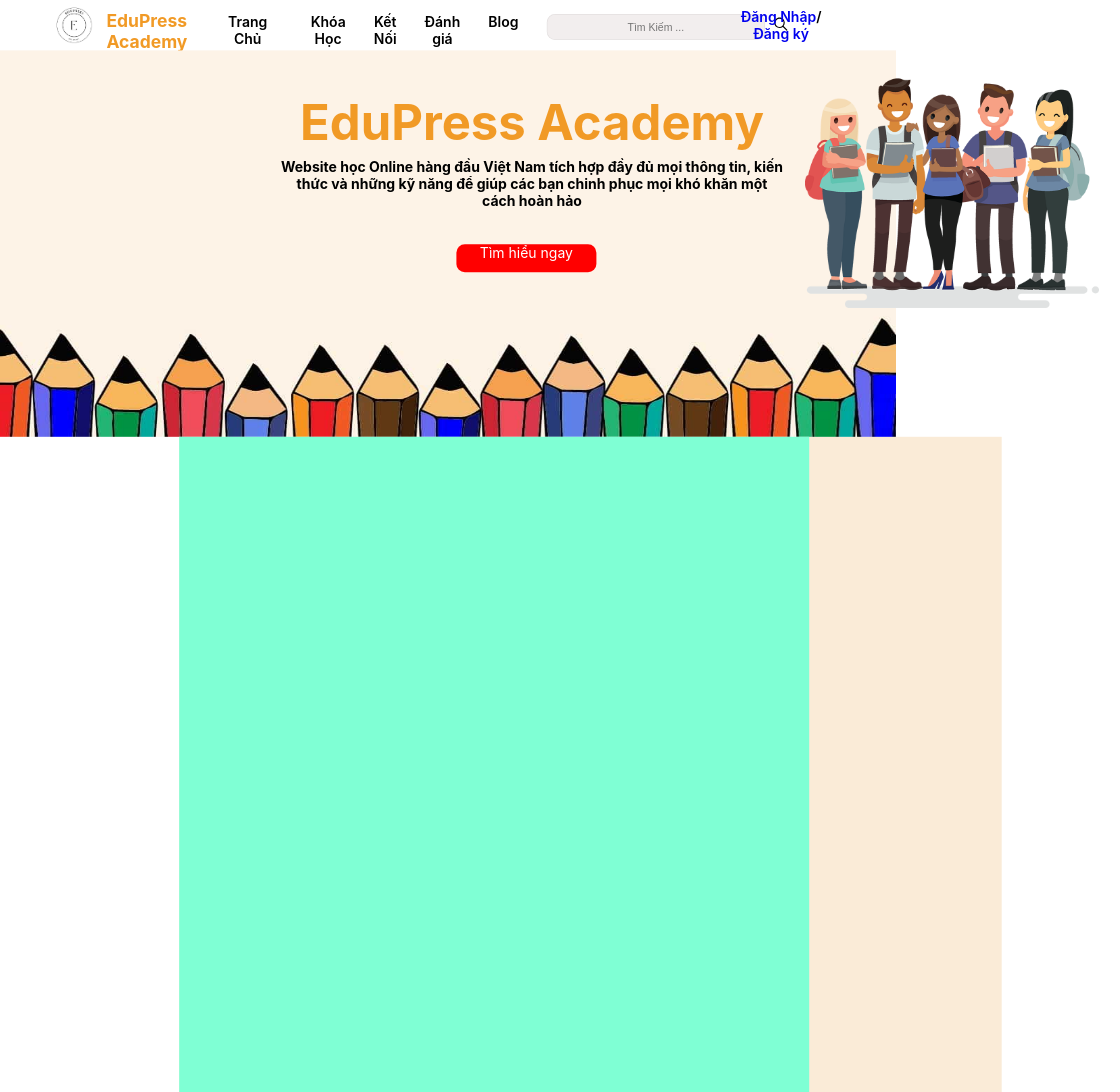
Repository: hieu1802/WebsiteEdupress
Page: /CouresPage (app in my-app/)
The author's editor kept a copy of each file at every save. The page is drawn from the files as they stood at one save, then again after the next save.
The browser window is 1280 px wide. The page is 1600 px wide, so the pictures cover 1600 px, including what lies to the right of the window. The pictures show the part of the page from y = 0 to 1560 px (the page is 2404 px tall), at 70% of full size.
The project was rebuilt for these pictures with package versions that can differ from the ones it lists, and the page was loaded fresh each time. Also part of the build but not shown: my-app/src/App.css, my-app/src/Components/data/FeaturedCoursesDaa.jsx, my-app/src/Components/data/topCategories.jsx, my-app/src/Components/HomePage/ContainerPage.jsx, my-app/src/Components/HomePage/HomePage.jsx, my-app/src/Components/Login/Login.css, my-app/src/Components/Modal/Modal.css, my-app/src/Components/Modal/Modal.jsx and 5 more.

Above is the page before, as saved 2024-08-15 17:53:49.

### my-app/src/App.jsx
import logo from "./logo.svg";
import "./App.css";
import HomePage from "./Components/HomePage/HomePage.jsx";
import { BrowserRouter as Router, Routes, Route } from "react-router-dom";
import Login from "./Components/Login/Login";
import Register from "./Components/Register/Register";
import LostPass from "./Components/LostPass/LostPass";
import CouresPage from "./Components/CouresPage/CouresPage.jsx";

function App() {
  return (
    <>
      <Router>
        <Routes>
          <Route path="/" element={<HomePage />} />
          <Route path="/login" element={<Login />} />
          <Route path="/register" element={<Register />} />
          <Route path="/lostPass" element={<LostPass />} />
          <Route path="/CouresPage" element={<CouresPage />} />
        </Routes>
      </Router>
    </>
  );
}

export default App;

### my-app/src/Components/CouresPage/CouresPage.jsx
import React from 'react'
import Header from '../HomePage/Header'
import Footer from '../HomePage/Footer'
import Container from './Container'

function CouresPage() {
  return (
   <>
      <Header/>
      <Container/>
      <Footer/>
   </>


  )
}

export default CouresPage

### my-app/src/Components/HomePage/Header.jsx
import React from "react";
import img01 from "../img/EduPress.png";
import img02 from "../img/img02.jpg";
import img03 from "../img/img03.png";
import "./HomePage.css";
import { IoIosSearch } from "react-icons/io";
import { Link, useNavigate } from "react-router-dom";
import { useState, useEffect } from "react";

function Header() {
  const [loggedInUser, setLoggedInUser] = useState(null);
  const navigate = useNavigate();

  useEffect(() => {
    const storedUser = localStorage.getItem("loggedInUser");
    if (storedUser) {
      const user = JSON.parse(storedUser);
      setLoggedInUser(user.username);
    }
  }, []);

  const handleLogout = () => {
    localStorage.removeItem("username");
    localStorage.removeItem("loggedInUser");
    setLoggedInUser(null);
    navigate("/");
  };

  return (
    <>
      <div className="Header">
        <div className="logoHeader">
          <img src={img01} />
          <h3>EduPress Academy</h3>
        </div>
        <ul>
          <Link to="/" className="liLink"><li>Trang Chủ</li></Link>
          <li>Khóa Học</li>
          <li>Kết Nối</li>
          <li>Đánh giá</li>
          <li>Blog</li>
          <div className="ulInput">
            <input placeholder="Tìm Kiếm ..." />
            <div className="btnHeader">
              <IoIosSearch className="btnIcon" />
            </div>
          </div>
        </ul>
        <div className="loginHeader">
          {loggedInUser ? (
            <div>
              <span>Hello {loggedInUser}</span>
              <button
                className="btnLogOut"
                onClick={handleLogout}
                style={{
                  marginLeft: "10px",
                  border: "1px solid transparent",
                  fontSize: "16px",
                  fontWeight: "600",
                  backgroundColor: "transparent",
                  cursor: "pointer",
                }}
              >
                Logout
              </button>
            </div>
          ) : (
            <div>
              <Link to="/login">
                <span>Đăng Nhập</span>
              </Link>
              /
              <Link to="/register">
                <span>Đăng ký</span>
              </Link>
            </div>
          )}
        </div>
      </div>
      <div className="posterHeader">
        <img src={img02} />
        <div className="posterContent">
          <div className="posterSologun">
            <h1>EduPress Academy</h1>
            <h2>
              Website học Online hàng đầu Việt Nam tích hợp đầy đủ mọi thông
              tin, kiến thức và những kỹ năng để giúp các bạn chinh phục mọi khó
              khăn một cách hoàn hảo
            </h2>
            <div className="btnPoster">Tìm hiểu ngay </div>
          </div>
          <div className="posterAvatar">
            <img src={img03} />
          </div>
        </div>
      </div>
    </>
  );
}

export default Header;

### my-app/src/Components/HomePage/Footer.jsx
import React from 'react'
import { AiFillStar,AiFillCaretRight } from "react-icons/ai";

function Footer() {
  return (
    <div className='footerPage'>
        <div className='footerContaier'>
            <div className='footerEdupress'>
                <h2>Edupress Academy</h2>
                <p>Lorem ipsum dolor sit amet, consectetur adipiscing elit, sed do eiusmod tempor incididunt ut labore et dolore magna aliqua.</p>
            </div>
            <div className='footerHelp'>
                <h2>GET HELP</h2>
                <a href='#'><AiFillCaretRight  style={{color:'FF782D', marginRight:'10px'}}/>Contact Us</a>
                <a href='#'><AiFillCaretRight  style={{color:'FF782D', marginRight:'10px'}}/>Latest Articles</a>
                <a href='#'><AiFillCaretRight  style={{color:'FF782D', marginRight:'10px'}}/>FAQ </a>
            </div>
            <div className='footerPrograms'>
                <h2>PROGRAMS</h2>
                <a href='#'><AiFillCaretRight  style={{color:'FF782D', marginRight:'10px'}}/> Art & Design</a>
                <a href='#'><AiFillCaretRight  style={{color:'FF782D', marginRight:'10px'}}/> Business</a>
                <a href='#'><AiFillCaretRight  style={{color:'FF782D', marginRight:'10px'}}/> IT & Software </a>
                <a href='#'><AiFillCaretRight  style={{color:'FF782D', marginRight:'10px'}}/> Languages </a>
                <a href='#'><AiFillCaretRight  style={{color:'FF782D', marginRight:'10px'}}/> Programming </a>
            </div>
            <div className='footerContact'>
                <h2>CONTACT US</h2>
                <p>Address: 2321 New Design Str, Lorem Ipsum10 Hudson Yards, USA</p>
                <p>Tel: + (123) 2500-567-8988<br/>
                Mail: supportlms@gmail.com</p>
                <span><AiFillStar/><AiFillStar/><AiFillStar/><AiFillStar/><AiFillStar/></span>
            </div>
        </div>
    </div>
  )
}

export default Footer

### my-app/src/Components/CouresPage/Container.jsx
import React from 'react'
import './Container.css'

function Container() {
  return (
    <div className='container'>
       <div className='boxProduct'>

       </div>
    </div>
  )
}

export default Container

### my-app/src/Components/HomePage/HomePage.css
*{
    margin: 0;
    padding: 0;
    list-style: none;
    text-decoration: none;
    user-select: none;
}

.Header{
    width: 100%;
    height: 72px;
    display: flex;
    justify-content: space-between;

}

.logoHeader{
    width: 25%;
    height: 100%;
    display: flex;
    gap: 10px;
    margin-left: 70px;
}


h3{
    font-size: 25px;
    margin-top: 15px;
    color: rgba(241, 152, 34, 0.979);
}

.Header > ul{

    display: flex;
    width:60%;
}

.Header > ul > li,
.liLink > li{
    width: 100px;
    text-align: center;
    padding: 20px;
    font-size: 20px;
    font-weight: 600;
    cursor: pointer;
    color: #000;
}

.Header > ul > li:hover,
.liLink > li:hover{
    background-color: rgba(246, 243, 238, 0.633);
    color: rgba(241, 152, 34, 0.979);
}

.ulInput{
    width: 400px ;
    padding: 20px;
    display: flex;
}

.ulInput > input{
    margin-right:10px;
    text-align: center;
    font-size: 15px;
    width: 400px;
    height: 35px;
    border: 1px solid #00000010;
    background-color: rgba(240, 234, 234, 0.815);
    border-radius: 12px;
}

.btnHeader{
    width: 100px;
    margin: auto;
    cursor: pointer;
}
.btnIcon{
    font-size: 25px;
}
.loginHeader{
    display: flex;
    width: 15%;
    height: 72px;
    margin-right: 100px;
    cursor: pointer;
}

.loginHeader > div{
   margin: auto;
   font-size: 20px;
   font-weight: 600;
   text-align: center;
}

.loginHeader > div > span{
    margin: 10px;
}

.loginHeader > div > span:hover {
    color: rgba(241, 152, 34, 0.979);
}

.posterHeader{
    width: 100%;
    height: 552px;
    background-color: black;
    display: flex;
}

.posterHeader > img{
    width: 100%;
}

.posterContent{
    position: absolute;
    display: flex;
    margin-left: 400px;
    margin-top: 10px;
    width: 1200px;
    height: 400px;

    z-index: 999;
}

.posterSologun{
    width: 60%;
}

.posterSologun > h1{
    font-size: 70px;
    text-align: center;
    color: rgba(241, 152, 34, 0.979);
    margin-top: 50px;
    margin-bottom: 10px;
}

.posterSologun > h2{
    font-size: 20px;
    text-align: center;
}

.btnPoster{
    width: 200px;
    height: 40px;
    background-color: red;
    font-size: 20px;
    color: #fff;
    text-align: center;
    border-radius: 12px;
    cursor: pointer;
    gap: 10px;
    margin-top: 50px;
    margin-left: 35%;
}

.posterAvatar{
    width: 35%;
    margin-left: 30px;

}

.posterAvatar > img{
    width: 100%;
    margin-top: 30px;
}

/************************ContainerPage**************************/

.ContainerPage{
    position: relative;
    width: 1200px;
    height: 100%;

    margin-left: 20%;
}

.categories{
    width: 100%;
    height: 640px;
    background-color: #fff;
    margin-top: 50px;
}

.textCategories{
    width: 100%;
    height: 77px;
    background-color: #fff;
    display: flex;
    justify-content: space-between;
}
.topCategories>h3{
    color: black;
    font-size: 30px;
    margin-bottom: 5px;
    margin-top: 0px;
    font-weight: 500;
}


.btnCategories{
    width: 150px;
    height: 40px;
    border: 1px solid #000000;
    border-radius: 12px;
    margin-top: 15px;
    margin-right: 20px;
    cursor: pointer;
    padding-top: 5px;
}

.btnCategories:hover{
    background-color: rgba(244, 25, 25, 0.757);
    color: #fff;
}

.btnCategories > p{
    text-align: center;
    margin-top: 5px;
    font-weight: 600;
}

.boxCategories{
    width: 100%;
    height: 100%;
    display: grid;
    grid-template-columns: 1fr 1fr 1fr 1fr 1fr;
    margin-top: 30px;
}

.miniBox{
    width: 200px;
    height: 200px;
    border: 1px solid #e9c47b98;
    border-radius: 20px;
    display: flex;
    align-items: center;
    flex-direction: column;
    justify-content: center;
    margin-left: 20px;
    cursor: pointer;
}

.miniBox:hover{
    background-color: rgba(239, 193, 167, 0.726);
    color: #fff;
}

.iconBox{
    font-size: 60px;
    margin-bottom: 20px;
    color: rgba(241, 152, 34, 0.979);
}

.miniBox > h4{
    font-size: 25px;
    margin-bottom: 20px;
}

.miniBox > h5{
    font-size: 20px;
    font-weight: 100;
}

.courses{
    width: 1200px;
    height: 100%;
    margin-top: 30px;
}

.boxCourses{
    width: 1200px;
    height: 1100px;
    display: grid;
    grid-template-columns: 1fr 1fr 1fr;
    margin-top: 30px;
    margin-left: 10px;
}
.boxFeaturedCourses{
    width: 360px;
    height: 470px;
    border: 2px solid #0000001a ;
    border-radius: 24px 24px 0 0;
    cursor: pointer;
    transition: transform 0.3s ease, box-shadow 0.3s ease;
    overflow: hidden;
    box-shadow: 0 4px 8px rgba(0, 0, 0, 0.1);
}

.boxFeaturedCourses:hover{
    transform: translateY(-10px);
    box-shadow: 0 12px 24px rgba(0, 0, 0, 0.2);
}

.boxFeaturedCoursesImg{
    width: 100%;
    height: 250px;
    gap: 16px;
    transition: transform 0.3s ease;
    display: block;
}

.boxFeaturedCourses:hover>.boxFeaturedCoursesImg> img {
    transform: scale(1.05);
  }
.boxFeaturedCoursesImg > img{
    width: 100%;
    height: 100%;
    border-radius: 24px 24px 0 0;
}

.boxFeaturedCoursesContent{
    width: 360px;
    height: 180px;
    padding: 20px;
}

.boxFeaturedCoursesContentText{
    width: 300px;
    height: 100px;
    background-color: #fff;
}

.boxFeaturedCoursesContentText > p >span{
    font-family: exo;
    font-size: 20px;
    font-weight: 500;
}

.boxFeaturedCoursesContentText > h4{
    font-family: exo;
    font-size: 24px;
    font-weight: 600;
    margin-top: 10px;
}

.boxFeaturedCoursesContentMeta{
    width: 200px;
    height: 24px;
    display: flex;
    background-color: #fff;
    margin-top: 16px;
    margin-bottom: 16px;
    justify-content: space-between;
}

.boxFeaturedCoursesContentMeta > span{
    display: flex;
    font-size: 16px;
}

.boxFeaturedCoursesContentPrice{
    width: 300px;
    height: 28px;
    background-color: #fff;
    display: flex;
    justify-content: space-between;
    font-size: 16px;
}

.price{
    display: flex;
}

.price > p{
    text-decoration: line-through;
    color: var(--Grey, #9D9D9D);
    font-weight: 700;
    margin-right: 10px;
}

.price > span{
    color: green;
    font-weight: 700;
}

.banner{
    width: 1200px;
    height: 320px;
    border-radius: 12px;
    position: relative;
    display: flex;
    margin-top: 30px;
}

.bannerContent{
    width: 450px;
    height: 240px;
    gap: 24px;
    position: absolute;
    margin-top: 54px;
    margin-left: 50px;
    display: flex;
    flex-direction: column;
    justify-content: space-around;
}

.bannerContent > h5{
    font-family: Exo;
    font-size: 16px;
    font-weight: 600;
    line-height: 19.2px;
    text-align: left;
}

.bannerContent > h2{
    font-family: Exo;
    font-size: 32px;
    font-weight: 600;
    line-height: 38.4px;
    text-align: left;
}

.bannerContent > p{
    font-family: Jost;
    font-size: 18px;
    font-weight: 400;
    line-height: 27px;
    text-align: left;
}

.btnBanner{
    width: 177px;
    height: 36px;
    border-radius: 24px;
    text-align: center;
    padding-top: 12px;
    background: var(--Primary, #FF782D);
    font-size: 18px;
    color: #fff;
    cursor: pointer;
}


.counterBox{
    width: 1175px;
    height: 150px;
    margin-top: 30px;
    display: flex;
    justify-content: space-between;
}

.counterBoxContent{
    width: 250px;
    height: 100%;
    background: var(--White_grey, #F5F5F5);
    display: flex;
    flex-direction: column;
    justify-content: center;
    border-radius: 12px;
    align-items: center;
}

.counterBoxContent > h2{
    font-family: Exo;
    font-size: 56px;
    font-weight: 600;
    line-height: 38.4px;
    text-align: left;
    color: var(--Primary, #FF782D);
}

.counterBoxContent > a{
    font-family: Jost;
    font-size: 20px;
    font-weight: 500;
    line-height: 27px;
    text-align: left;
    text-decoration: none;
    color: #000000;
    margin-top: 16px;
}

.boxConnect{
    width: 1175px;
    height: 450px;
    margin-top: 30px;
    display: flex;
}

.boxConnectImg{
    width: 56%;
    height: 100%;
}

.boxConnectContent{
    width: 520px;
    height: 380px;
    border: 2px solid #0000001a ;
    margin-top: 35px ;
    border-radius: 24px;
}

.boxConnectText{
    width: 100%;
    height: 80px;
}

.boxConnectText > h2{
    font-family: Exo;
    font-size: 32px;
    font-weight: 600;
    line-height: 38.4px;
    text-align: left;
    text-align: center;
    padding-top: 20px;
}

.boxConnectContainer{
    width: 100%;
    height: 300px;
}

.introduce{
    width: 100%;
    height: 60px;
    padding-left: 15px;
}

.introduce > p{
    font-family: Jost;
    font-size: 18px;
    font-weight: 400;
    line-height: 27px;
    text-align: left;

}

.connect{
    width: 100%;
    height: 240px;
    font-size: 18px;
    display: flex;
    flex-direction: column;
    justify-content: space-around;
}

.connect > span > a{
    font-size: 18px;
    color: blue;
}
.connectIcons{
    color: green;
    font-size: 24px;
    margin-right: 15px;
    margin-left: 15px;
}

.boxFeedbacks{
    width: 1175px;
    height: 540px;
    margin-top: 30px;
}

.feedbacksHeading{
    width: 100%;
    height: 80px;
}

.feedbacksHeading > h2{
    font-family: Exo;
    font-size: 32px;
    font-weight: 600;
    line-height: 38.4px;
    text-align: center;
}

.feedbacksHeading > p{
    font-family: Jost;
    font-size: 18px;
    font-weight: 400;
    line-height: 27px;
    text-align: center;
    margin-top: 15px;
}

.feedbacksHeadingContent{
    display: flex;
    overflow-x: auto;
    padding: 20px;
    gap: 20px;
    scroll-snap-type: x mandatory;
    margin-top: 50px;
    position: relative;
    height: 400px;
    cursor: pointer;
}
.feedbacksHeadingContent::-webkit-scrollbar {
    display: none;
  }

.feedbackItems{
    min-width: 300px; /* Đặt chiều rộng tối thiểu cho mỗi feedback */
    height: 350px;
    flex-shrink: 0; /* Ngăn chặn các phần tử co lại */
    background-color: #fff;
    border-radius: 10px;
    box-shadow: 0 4px 8px rgba(0, 0, 0, 0.1);
    scroll-snap-align: start; /* Các phần tử sẽ bắt đầu từ đầu khi cuộn */
    padding: 20px;

}

.feedbacksContents{
    position: absolute;
    width: 240px;
    height: 230px;
    margin: auto;
    margin-top: 50px;
    margin-left: 30px;
    box-shadow: 0 4px 8px rgba(0, 0, 0, 0.1);
}

.feedbacksIdName{
    width: 100px;
    height: 60px;
    position: absolute;
    margin-top: 290px;
    margin-left: 30px;
}

.feedbacksIdName > h4{
    font-family: Exo;
    font-size: 20px;
    font-weight: 600;
    line-height: 24px;
    text-align: left;

}

.articles{
    width: 1175px;
    height: 500px;
    margin-top: 30px;
}

.articlesHeading{
    width: 100%;
    height: 80px;
    display: flex;
    justify-content: space-between;
}

.articlesTitle{
    width: 780px;
    height: auto;
}

.articlesTitle > h2{
    font-family: Exo;
    font-size: 32px;
    font-weight: 600;
    line-height: 38.4px;
    text-align: left;
}

.articlesTitle > p{
    font-family: Jost;
    font-size: 18px;
    font-weight: 400;
    line-height: 27px;
    text-align: left;
    margin-top: 10px;
}

.articlesContainer{
    width: 100%;
    height: 420px;
    display: flex;
    justify-content: space-between;
}

.articlesBox{
    width: 350px;
    height: 380px;
    margin-top: 30px;
    border-radius: 12px 12px 0 0;
    border: 1px solid #0000001b;
}

.articlesBox > img{
    width: 100%;
    height: 200px;
    border-radius: 12px 12px 0 0;
}

.articlesContent{
    width: 360px;
    height: 160px;
    padding: 20px;
    display: flex;
    flex-direction: column;
    justify-content: space-between;
}

.articlesContent >h4{
    font-family: Exo;
    font-size: 20px;
    font-weight: 600;
    line-height: 24px;
    text-align: left;
}

.articlesContent > span{
    font-family: Jost;
    font-size: 16px;
    font-weight: 400;
    line-height: 24px;
    text-align: left;
}

.articlesContent > p{
    font-family: Jost;
    font-size: 18px;
    font-weight: 400;
    line-height: 27px;
    text-align: left;
}

/****************************FOOTER***************/
.footerPage{
    width: 100%;
    height: 450px;
    background-color: #F5F5F5;
    position: relative;
    display: flex;
    margin-top: 30px;
}

.footerContaier{
    width: 1175px;
    height: 300px;
    margin-left: 20%;
    margin-top: 90px;
    display: flex;
    justify-content: space-between;
}

.footerEdupress{
    width: 400px;
    height: 130px;
}

.footerEdupress > h2{
    font-family: Exo;
    font-size: 28px;
    font-weight: 700;
    line-height: 33.6px;
    text-align: left;
}

.footerEdupress > p{
    font-family: Jost;
    font-size: 18px;
    font-weight: 400;
    line-height: 27px;
    text-align: left;
    margin-top: 10px;
}

.footerHelp{
    width: 190px;
    height: 190px;
    display: flex;
    flex-direction: column;
    justify-content: space-between;
}

.footerHelp > h2,
.footerPrograms > h2,
.footerContact > h2{
    font-family: Exo;
    font-size: 20px;
    font-weight: 600;
    line-height: 24px;
    text-align: left;
}

.footerHelp > a,
.footerPrograms > a,
.footerContact > p{
    font-family: Jost;
    font-size: 18px;
    font-weight: 500;
    line-height: 45px;
    text-align: left;
    color: #000;
}

.footerHelp > a:hover,
.footerPrograms > a:hover{
    color: var(--Primary, #FF782D);
}


.footerPrograms{
    width: 190px;
    height: 250px;
    display: flex;
    flex-direction: column;
    justify-content: space-between;
}

.footerContact{
    width: 400px;
    height: 200px;
    display: flex;
    flex-direction: column;
    justify-content: space-between
}

.btnLink > p{
    text-align: center;
    margin-top: 5px;
    color: #000;
    font-weight: 700;
}

### my-app/src/Components/CouresPage/Container.css
*{
    margin: 0;
    padding: 0;
}

.container{
    width: 1175px;
    height: 1300px;
    background-color: antiquewhite;
    margin-left: 20%;
    display: flex;
}

.boxProduct{
    width: 900px;
    height: 100%;
    background-color: aquamarine;
}

Loaded but not shown: my-app/public/index.html (common file); my-app/src/index.js (common file); my-app/src/index.css (common file); my-app/src/reportWebVitals.js (common file)

After the next save:
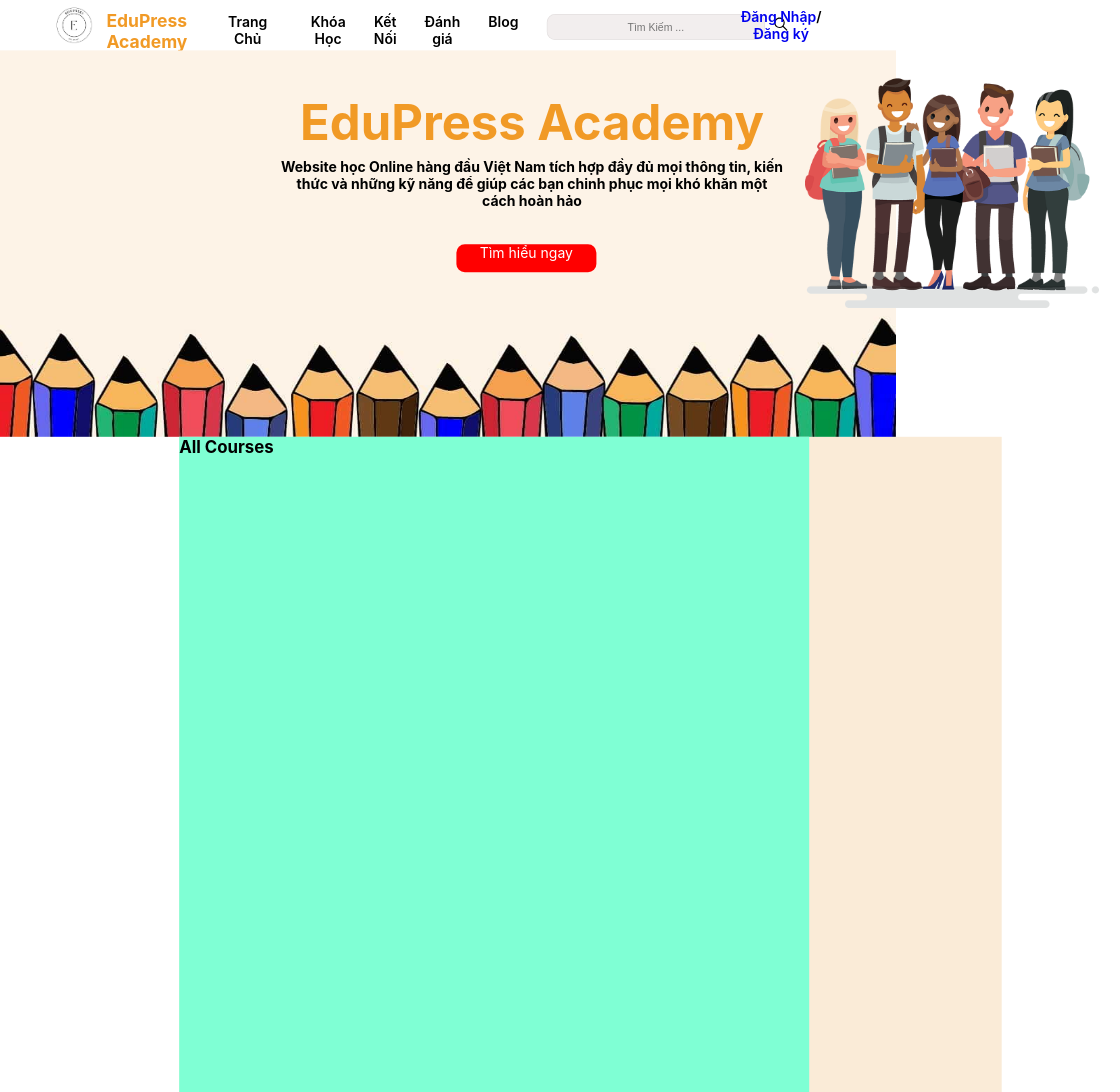
Saved 39 s later.
--- a/my-app/src/Components/CouresPage/Container.jsx
+++ b/my-app/src/Components/CouresPage/Container.jsx
@@ -5,7 +5,7 @@
   return (
     <div className='container'>
        <div className='boxProduct'>
-
+            <h2>All Courses</h2>
        </div>
     </div>
   )
